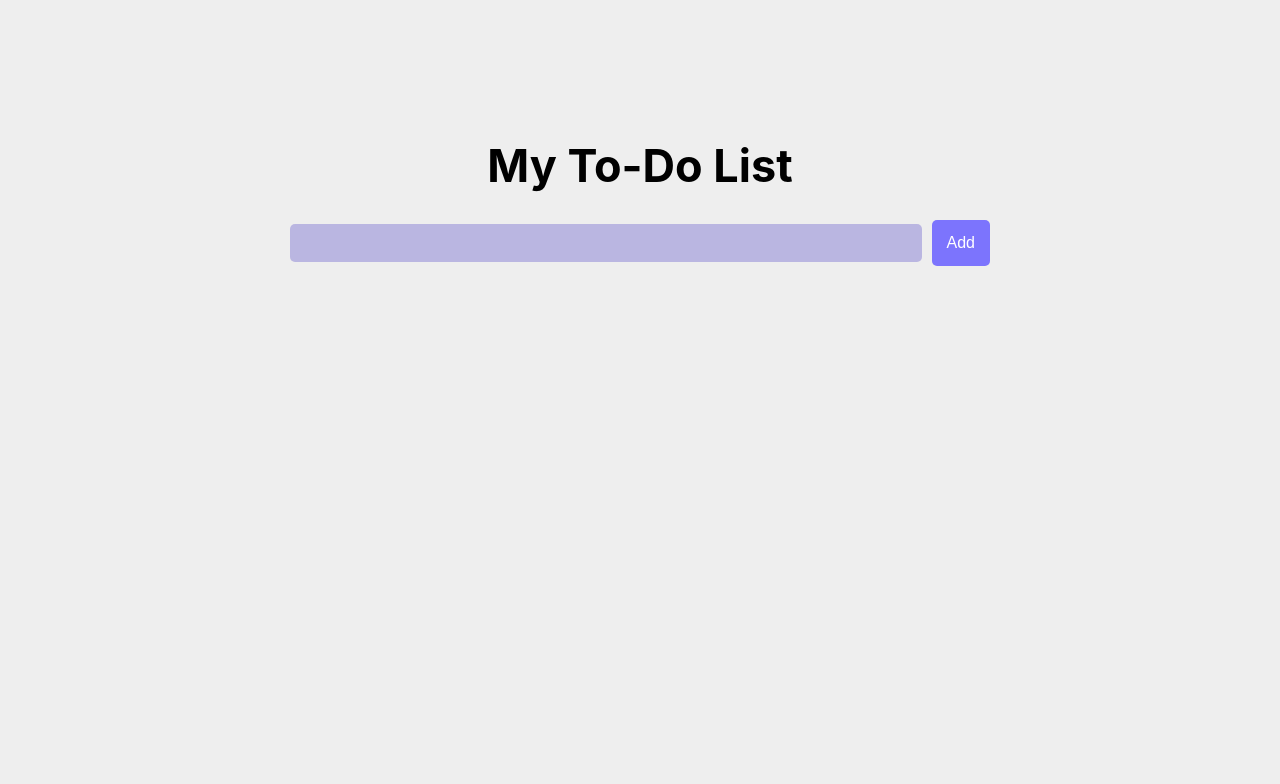
Repository: bianphang/todo-list_vanilla-js
Page: index.html
The author's editor kept a copy of each file at every save. The page is drawn from the files as they stood at one save, then again after the next save.
The browser window is 1280 px wide. The pictures show the whole page.

Above is the page before, as saved 2024-06-10 15:11:53.

After the next save:
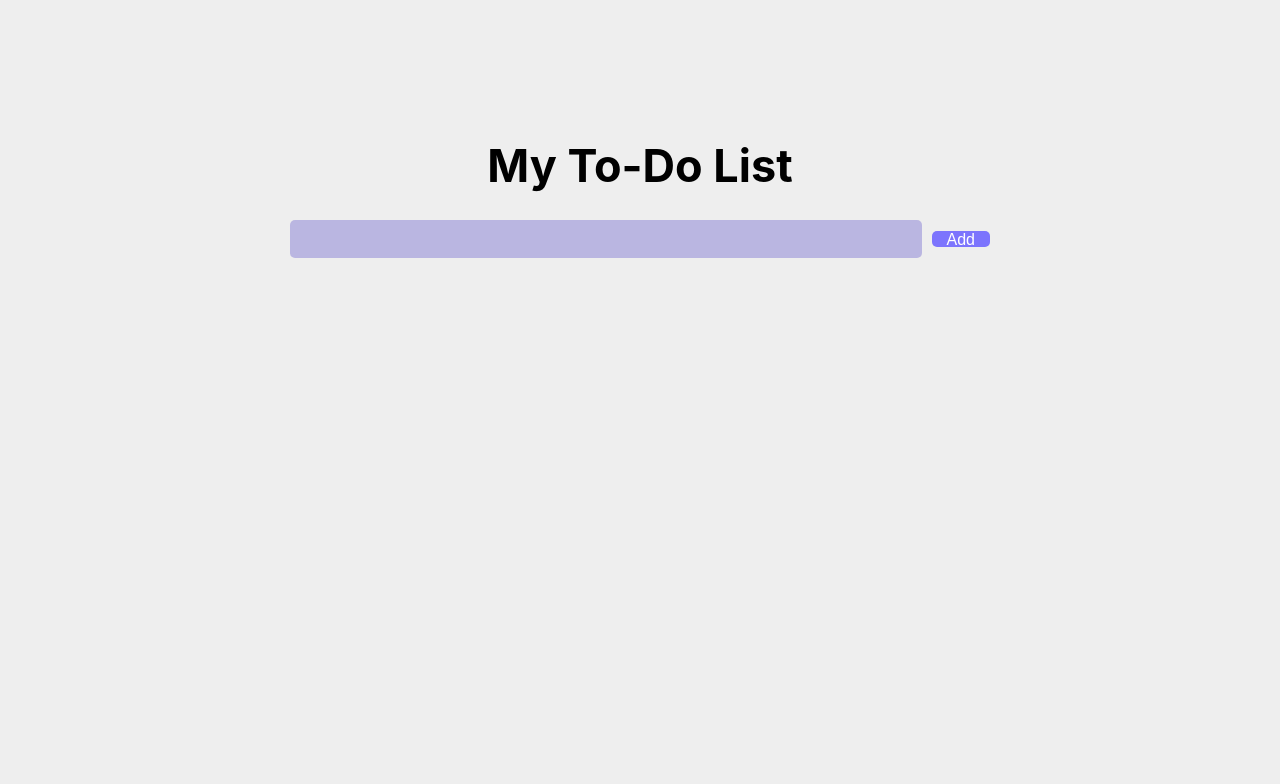
Saved 7 s later.
--- a/styles.css
+++ b/styles.css
@@ -79,7 +79,7 @@ body {
 }
 
 .btn {
-  height: 46px;
+  height: 16px;
   padding: 0 15px;
   font-size: 16px;
   color: #fff;
